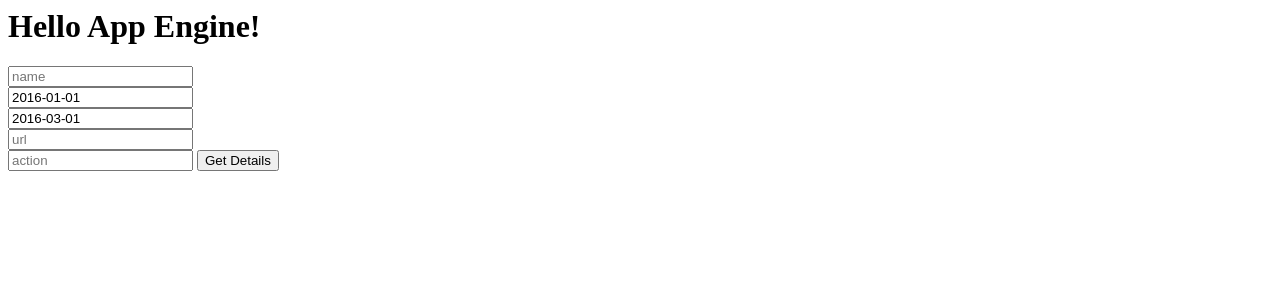
Repository: aneeshsingh/workspace
Page: analytics/war/index.html
The author's editor kept a copy of each file at every save. The page is drawn from the files as they stood at one save, then again after the next save.
The browser window is 1280 px wide. The pictures show the whole page.

Above is the page before, as saved 2016-03-06 23:58:24.

After the next save:
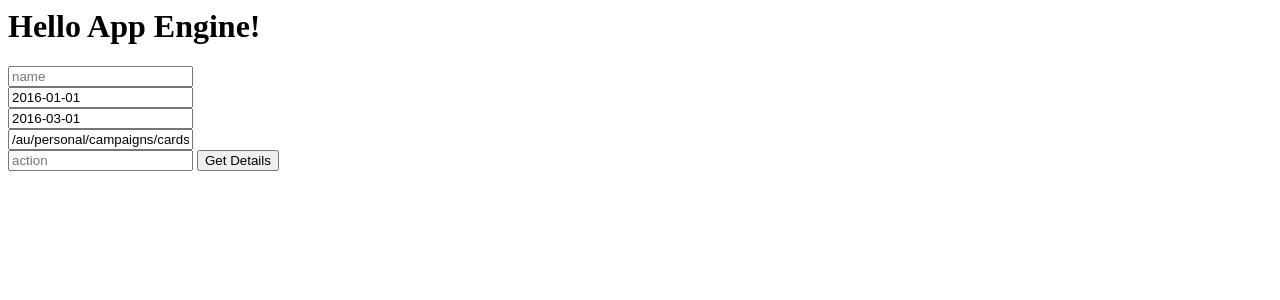
Saved 24 s later.
--- a/analytics/war/index.html
+++ b/analytics/war/index.html
@@ -20,7 +20,7 @@
 			<input type="text" name="name" id="name" placeholder="name"/><br/>
 			<input type="text" name="startDate" id="startDate" placeholder="startDate" value="2016-01-01" /><br/>
 			<input type="text" name="endDate" id="endDate" placeholder="endDate" " value="2016-03-01"/><br/>
-			<input type="text" name="url" id="url" placeholder="url" /><br/>
+			<input type="text" name="url" id="url" placeholder="url" value="/au/personal/campaigns/cards/special-offer-qantas-black/" /><br/>
 			<input type="text" name="action" id="action" placeholder="action" />
 
 			<input type="submit" value="Get Details" />
